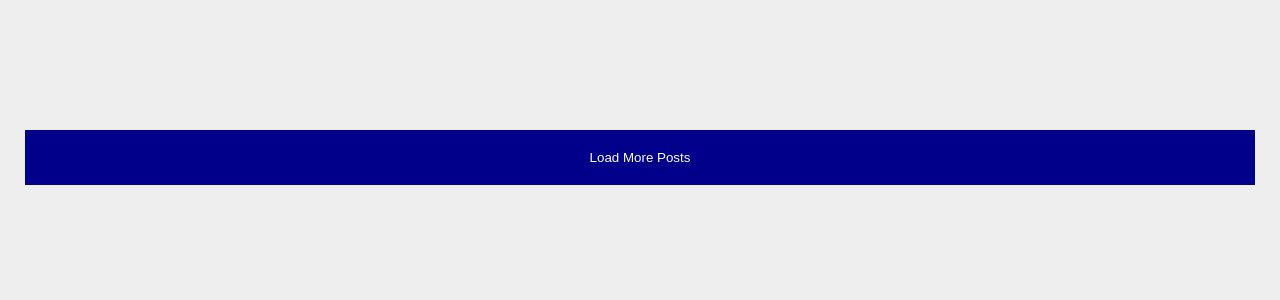
Repository: anderfmelo/temp-repo
Page: /
These files come from the project's save history. The page is drawn as it stood at one moment and after the next save; the edit follows.
The browser window is 1280 px wide. The pictures show the whole page.
The pointer rests on the first visible `button`.
The page's requests for data from a server got no answer. The project was rebuilt for these pictures with package versions that can differ from the ones it lists, and the page was loaded fresh each time. No one was signed in, and anything a server would have sent is missing. Also part of the build but not shown: src/components/PostCard/styles.css, src/components/PostCard/index.jsx.

Above is the page before, as saved 2022-04-20 11:52:02.

After the next save:
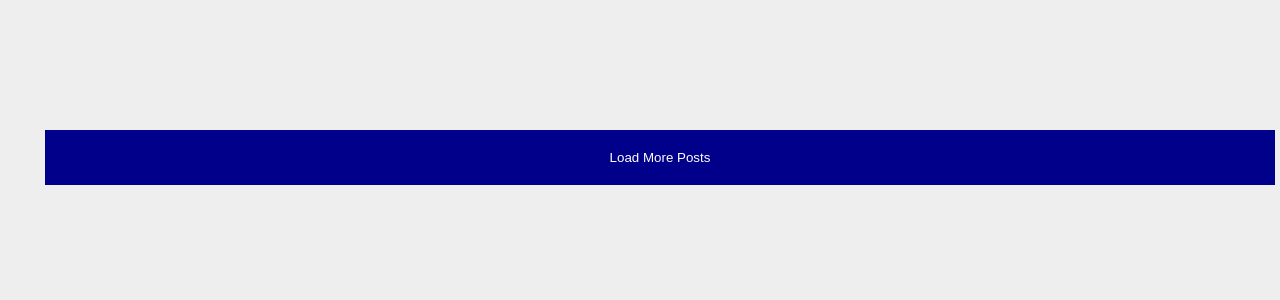
Saved 15 s later.
--- a/src/components/Button/styles.css
+++ b/src/components/Button/styles.css
@@ -8,5 +8,5 @@
 }
 
 button:hover{
-    transform: background-color white;
+    transform: translate(20px);
 }
